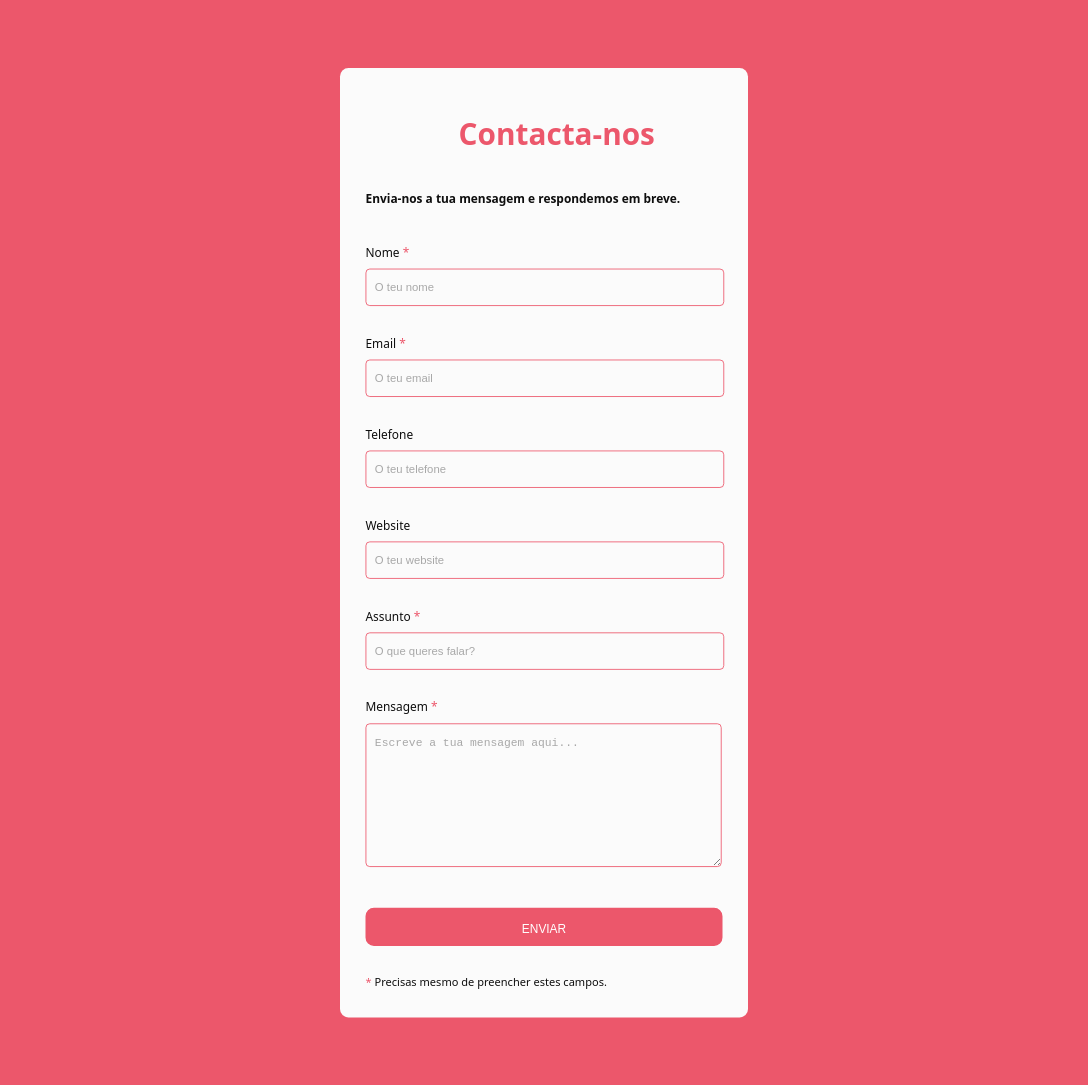
Repository: DevLaukey/electron_timer
Page: index.html
An editor plug-in stored every save of this project. The page is shown before and after the next save, followed by the edit.
The browser window is 1280 px wide. The pictures show the whole page, at 85% of full size.

Above is the page before, as saved 2023-05-16 08:42:14.

### index.html
<!DOCTYPE html>
<html>
  <head>
    <meta charset="UTF-8" />
    <!-- https://developer.mozilla.org/en-US/docs/Web/HTTP/CSP -->
    <meta
      http-equiv="Content-Security-Policy"
      content="default-src 'self'; script-src 'self'; style-src 'self' 'unsafe-inline'"
    />
    <link href="./styles.css" rel="stylesheet" />
    <title>Hello World!</title>
  </head>
  <body>
    <div class="contact_form">
      <div class="formulario">
        <h1>Contacta-nos</h1>
        <h3>Envia-nos a tua mensagem e respondemos em breve.</h3>

        <form action="submeter-formulario.php" method="post">
          <p>
            <label for="nome" class="colocar_nome"
              >Nome
              <span class="obrigatorio">*</span>
            </label>
            <input
              type="text"
              name="introduzir_nome"
              id="nome"
              required="obrigatorio"
              placeholder="O teu nome"
            />
          </p>

          <p>
            <label for="email" class="colocar_email"
              >Email
              <span class="obrigatorio">*</span>
            </label>
            <input
              type="email"
              name="introduzir_email"
              id="email"
              required="obrigatorio"
              placeholder="O teu email"
            />
          </p>

          <p>
            <label for="telefone" class="colocar_telefone">Telefone </label>
            <input
              type="tel"
              name="introduzir_telefone"
              id="telefone"
              placeholder="O teu telefone"
            />
          </p>

          <p>
            <label for="website" class="colocar_website">Website </label>
            <input
              type="url"
              name="introduzir_website"
              id="website"
              placeholder="O teu website"
            />
          </p>

          <p>
            <label for="assunto" class="colocar_asunto"
              >Assunto
              <span class="obrigatorio">*</span>
            </label>
            <input
              type="text"
              name="introduzir_assunto"
              id="assunto"
              required="obrigatorio"
              placeholder="O que queres falar?"
            />
          </p>

          <p>
            <label for="mensagem" class="colocar_mensagem"
              >Mensagem
              <span class="obrigatorio">*</span>
            </label>
            <textarea
              name="introduzir_mensagem"
              class="texto_mensagem"
              id="mensagem"
              required="obrigatorio"
              placeholder="Escreve a tua mensagem aqui..."
            ></textarea>
          </p>

          <button type="submit" name="enviar_formulario" id="enviar">
            <p>Enviar</p>
          </button>

          <p class="aviso">
            <span class="obrigatorio"> * </span>Precisas mesmo de preencher
            estes campos.
          </p>
        </form>
      </div>
    </div>
    <!-- You can also require other files to run in this process -->
    <script src="./renderer.js"></script>
    <script>
      // generate a random number
      const random = Math.random();
      // show the random number in the html page
      document.getElementById("random").innerHTML = random;
    </script>
  </body>
</html>

### styles.css
/* importação da fonte do google fonts */
@import url(https://fonts.googleapis.com/css?family=Noto+Sans);


body{
	height: 100%;
	font-family: 'Noto Sans', sans-serif;
  background-color: #ec576b;
}


.contact_form{
	width: 450px;
  height: auto;
  margin: 80px auto;
	border-radius: 10px;
	text-align: left;
	padding-top: 30px;
	padding-bottom: 20px;
  background-color: #fbfbfb;
  padding-left: 30px;
}


input{
	background-color: #fbfbfb;
	width: 408px;
	height: 40px;
	border-radius: 5px;
	border-style: solid;
	border-width: 1px;
	border-color: #ec576b;
	margin-top: 10px;
	padding-left: 10px;
  margin-bottom: 20px;
}


textarea{
  background-color: #fbfbfb;
	width: 405px;
	height: 150px;
	border-radius: 5px;
	border-style: solid;
	border-width: 1px;
	border-color: #ec576b;
	margin-top: 10px;
	padding-left: 10px;
  margin-bottom: 20px;
  padding-top: 15px;
}


label{
  display: block;
	float: center;
}


button{
	height: 45px;
	padding-left: 5px;
	padding-right: 5px;
	margin-bottom: 20px;
	margin-top: 10px;
	text-transform: uppercase;
	background-color: #ec576b;
	border-color: #ec576b;
	border-style: solid;
	border-radius: 10px;
	width: 420px;
  cursor: pointer;
}


button p{
	color: #fff;
}


span{
	color: #ec576b;
}


.aviso{
	font-size: 13px;
	color: #0e0e0e;
}


h1{
	font-size: 35px;
	text-align: center;
	padding-bottom: 20px;
	color: #ec576b;
}


h3{
	font-size: 14px;
	padding-bottom: 30px;
	color: #0e0e0e;
}


p{
	font-size: 14px;
	color: #0e0e0e;
}


::-webkit-input-placeholder {
 color: #a8a8a8;
}


::-webkit-textarea-placeholder {
 color: #a8a8a8;
}


.formulario input:focus{
	outline:0;
	border: 1px solid #97d848;
}


.formulario textarea:focus{
	outline:0;
	border: 1px solid #97d848;
}


/* created by magda pimentel, may 2017 */

Loaded but not shown: renderer.js (common file)

After the next save:
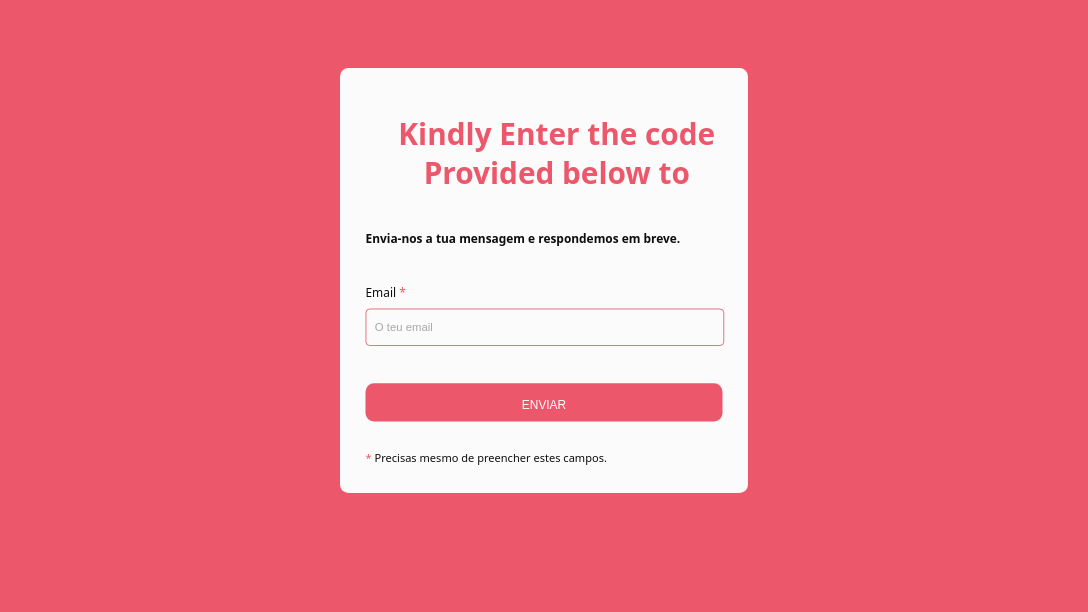
Saved 2 min 56 s later.
--- a/index.html
+++ b/index.html
@@ -13,23 +13,11 @@
   <body>
     <div class="contact_form">
       <div class="formulario">
-        <h1>Contacta-nos</h1>
+        <h1>Kindly Enter the code Provided below to </h1>
         <h3>Envia-nos a tua mensagem e respondemos em breve.</h3>
 
-        <form action="submeter-formulario.php" method="post">
-          <p>
-            <label for="nome" class="colocar_nome"
-              >Nome
-              <span class="obrigatorio">*</span>
-            </label>
-            <input
-              type="text"
-              name="introduzir_nome"
-              id="nome"
-              required="obrigatorio"
-              placeholder="O teu nome"
-            />
-          </p>
+        <form >
+
 
           <p>
             <label for="email" class="colocar_email"
@@ -45,53 +33,6 @@
             />
           </p>
 
-          <p>
-            <label for="telefone" class="colocar_telefone">Telefone </label>
-            <input
-              type="tel"
-              name="introduzir_telefone"
-              id="telefone"
-              placeholder="O teu telefone"
-            />
-          </p>
-
-          <p>
-            <label for="website" class="colocar_website">Website </label>
-            <input
-              type="url"
-              name="introduzir_website"
-              id="website"
-              placeholder="O teu website"
-            />
-          </p>
-
-          <p>
-            <label for="assunto" class="colocar_asunto"
-              >Assunto
-              <span class="obrigatorio">*</span>
-            </label>
-            <input
-              type="text"
-              name="introduzir_assunto"
-              id="assunto"
-              required="obrigatorio"
-              placeholder="O que queres falar?"
-            />
-          </p>
-
-          <p>
-            <label for="mensagem" class="colocar_mensagem"
-              >Mensagem
-              <span class="obrigatorio">*</span>
-            </label>
-            <textarea
-              name="introduzir_mensagem"
-              class="texto_mensagem"
-              id="mensagem"
-              required="obrigatorio"
-              placeholder="Escreve a tua mensagem aqui..."
-            ></textarea>
-          </p>
 
           <button type="submit" name="enviar_formulario" id="enviar">
             <p>Enviar</p>
